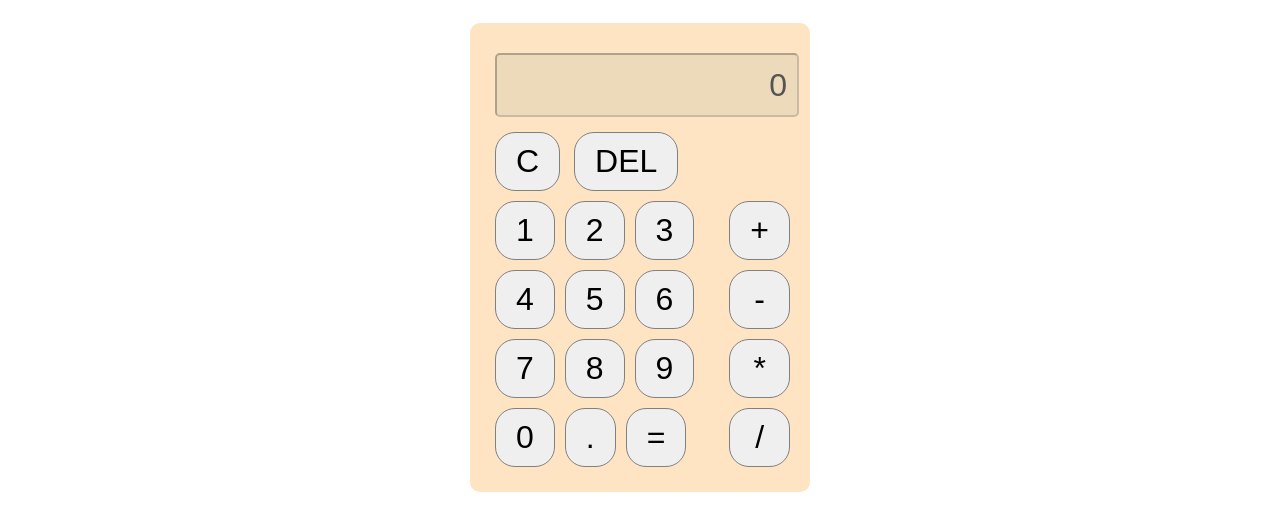
Repository: jaskeat/Calculator
Page: index.html
An editor plug-in stored every save of this project. The page is shown before and after the next save, followed by the edit.
The browser window is 1280 px wide. The pictures show the whole page.

Above is the page before, as saved 2024-09-05 13:28:16.

### index.html
<!DOCTYPE html>
<html lang="en">
	<head>
		<meta charset="UTF-8" />
		<meta name="viewport" content="width=device-width, initial-scale=1.0" />
		<title>Calculator</title>
		<link rel="stylesheet" href="style.css" />
	</head>
	<body>
		<div class="calculator">
			<div class="display">
				<input type="text" class="display-input" value="0" disabled />
			</div>

			<div class="extrabtn">
				<button class="btn" onclick="clearDisplay()">C</button>
				<button class="btn" onclick="deleteLast()">DEL</button>
			</div>

			<div class="buttons">
				<div class="operators">
					<button class="btn" onclick="append('+')">+</button>
					<button class="btn" onclick="append('-')">-</button>
					<button class="btn" onclick="append('*')">*</button>
					<button class="btn" onclick="append('/')">/</button>
				</div>

				<div class="numbers">
					<button class="btn" onclick="append('1')">1</button>
					<button class="btn" onclick="append('2')">2</button>
					<button class="btn" onclick="append('3')">3</button>
					<button class="btn" onclick="append('4')">4</button>
					<button class="btn" onclick="append('5')">5</button>
					<button class="btn" onclick="append('6')">6</button>
					<button class="btn" onclick="append('7')">7</button>
					<button class="btn" onclick="append('8')">8</button>
					<button class="btn" onclick="append('9')">9</button>
					<button class="btn" onclick="append('0')">0</button>
					<button class="btn" onclick="append('.')">.</button>
					<button class="btn" onclick="calculate()">=</button>
				</div>
			</div>
		</div>
		<script src="script.js"></script>
	</body>
</html>

### style.css
body {
	display: flex;
	justify-content: center;
	align-items: center;
}

.calculator {
	width: 300px;
	max-width: 600px;
	height: auto;
	margin: 15px;
	padding: 20px;
	background-color: bisque;
	border-radius: 10px;
}

button {
	border-radius: 20px;
	border: 1px grey solid;
	font-size: 1.3rem;
}

button:hover {
	background-color: lightgrey;
	cursor: pointer;
}

input {
	width: 280px;
	height: 50px;
	font-size: 2rem;
	text-align: right;
	border-radius: 5px;
	margin: 10px 5px;
	background-color: rgb(237, 218, 187);
	padding: 5px 10px;
}

.operators {
	display: flex;
	flex-direction: column;
	width: auto;
}

.operators button {
	width: auto;
	height: auto;
	margin: 5px 0;
}

.numbers {
	display: flex;
	flex-wrap: wrap;
	height: auto;
	width: 250px;
}

.buttons {
	display: flex;
	flex-direction: row-reverse;
	justify-content: space-between;
	font-size: 2rem;
}

.btn {
	font-size: 2rem;
	padding: 10px 20px;
	margin: 5px;
}

Loaded but not shown: script.js (no copy from this time; the picture is the same without it)

After the next save:
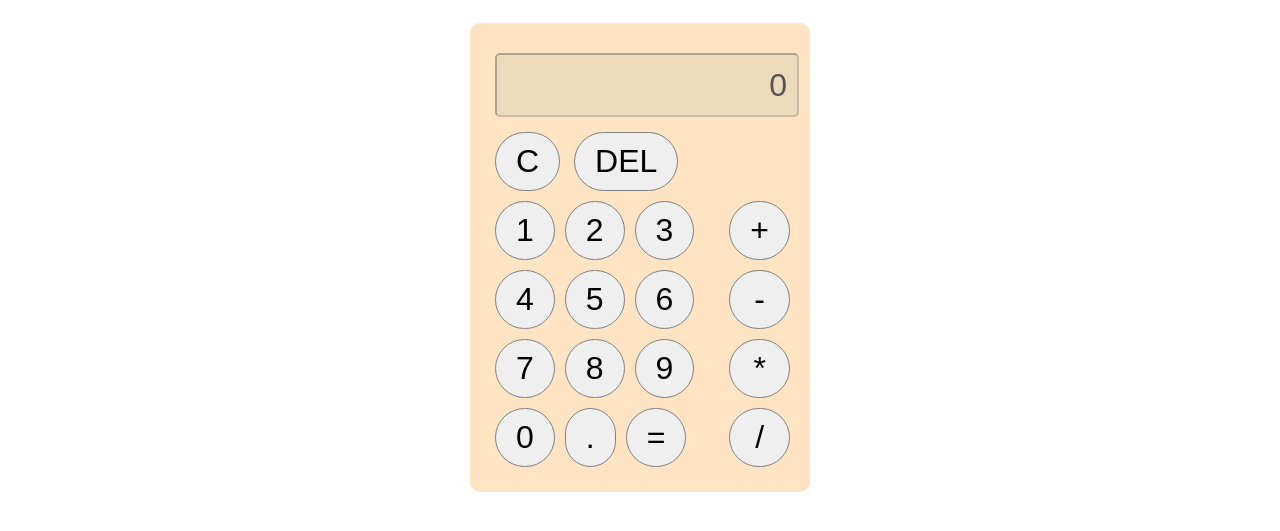
Saved 5 s later.
--- a/style.css
+++ b/style.css
@@ -15,7 +15,7 @@ body {
 }
 
 button {
-	border-radius: 20px;
+	border-radius: 30px;
 	border: 1px grey solid;
 	font-size: 1.3rem;
 }
